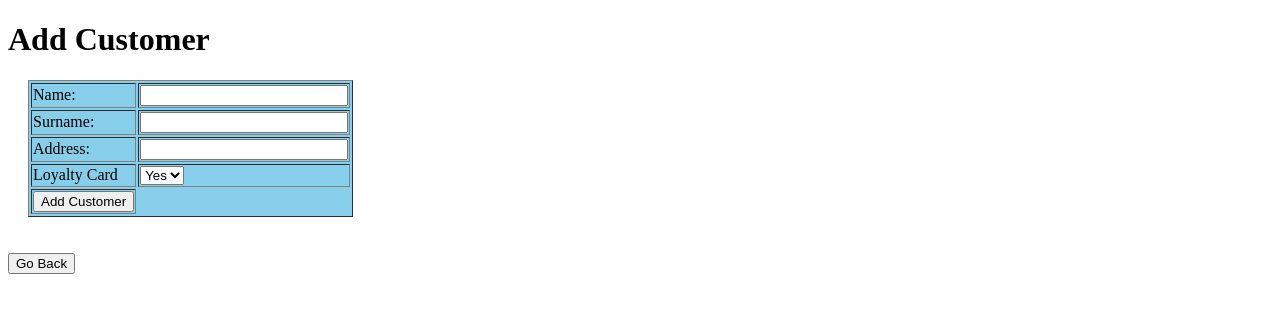
Repository: ieuqirne/Software_Architecture
Page: DE_Store/WebContent/addCustomer.html
The author's editor kept a copy of each file at every save. The page is drawn from the files as they stood at one save, then again after the next save.
The browser window is 1280 px wide. The pictures show the whole page.

Above is the page before, as saved 2019-11-24 19:02:43.

After the next save:
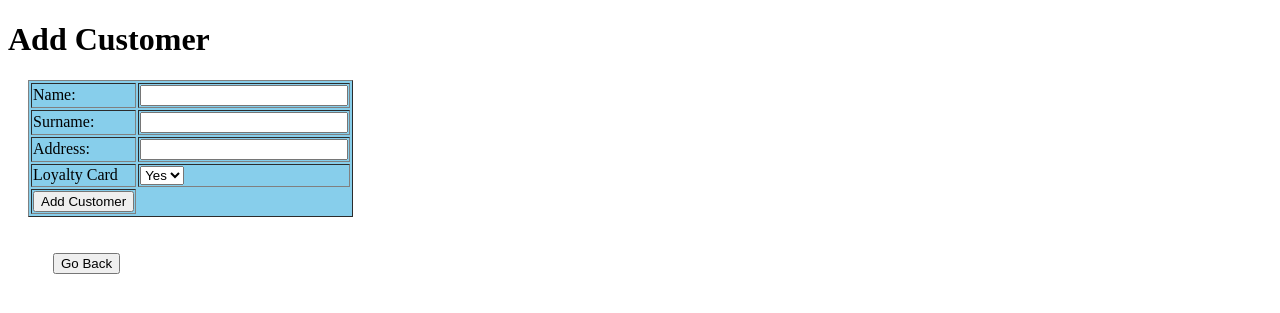
Saved 78 s later.
--- a/DE_Store/WebContent/addCustomer.html
+++ b/DE_Store/WebContent/addCustomer.html
@@ -39,7 +39,7 @@
 			</tr>
 		</table>
 	</form>
-	<div class="buttons-container" margin-left: 20px; margin-left: 20px;>
+	<div style="margin-left:45px; class="buttons-container" >
 		<br> <br>
 		<button onclick="goBack()">Go Back</button>
 	</div>
